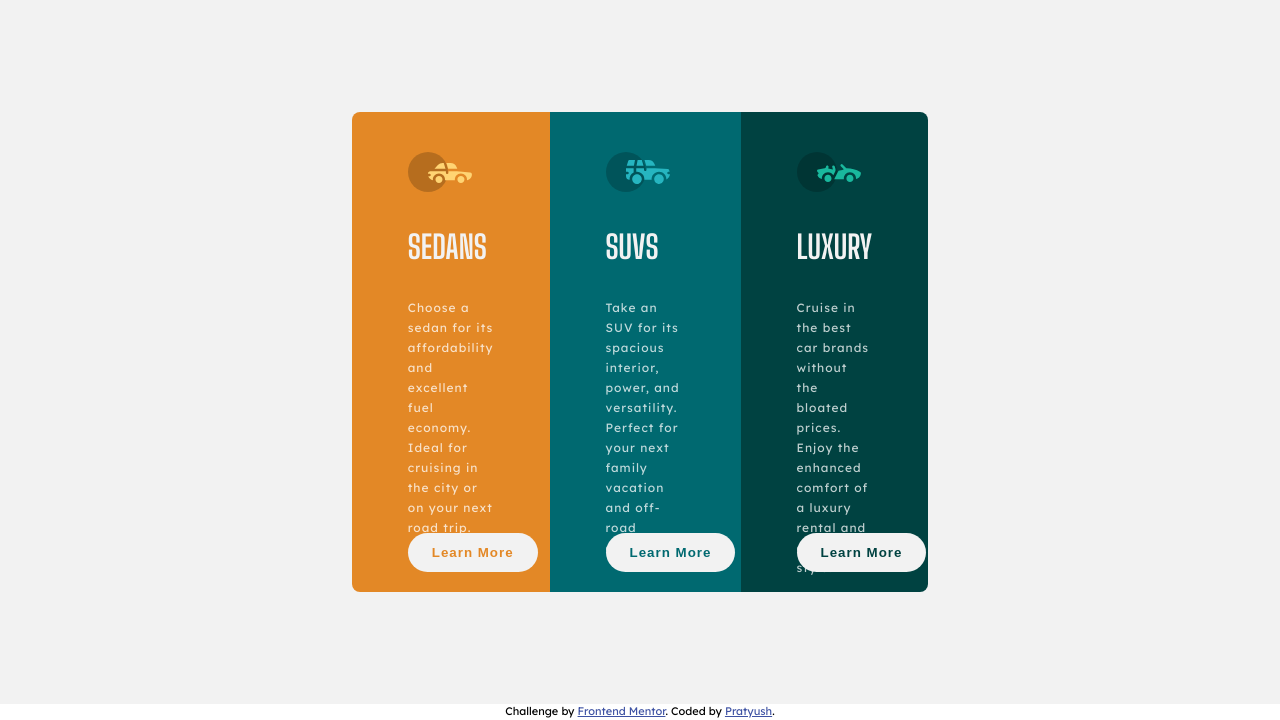
Repository: PratypartyY2K/frontendmentor-challenges
Page: 3-column-card/index.html
These files come from the project's save history. The page is drawn as it stood at one moment and after the next save; the edit follows.
The browser window is 1280 px wide. The pictures show the whole page.

Above is the page before, as saved 2021-07-14 13:09:09.

After the next save:
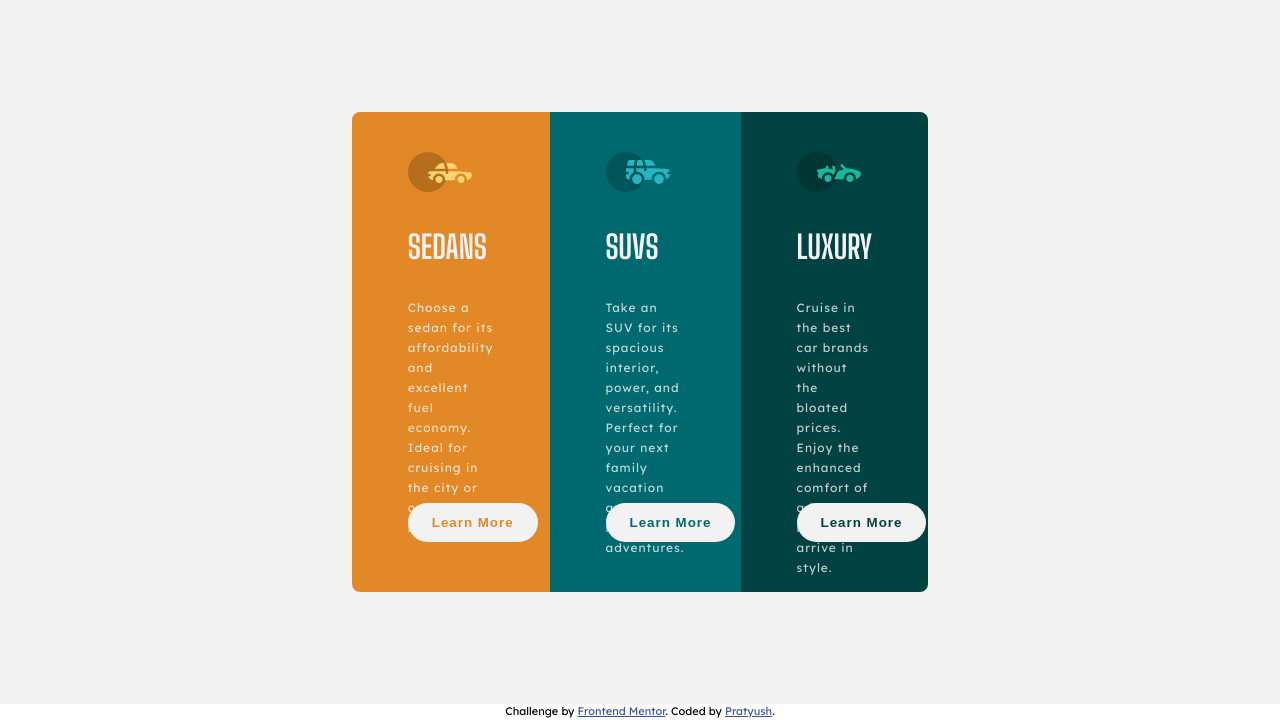
Saved 4 s later.
--- a/3-column-card/style.css
+++ b/3-column-card/style.css
@@ -68,7 +68,7 @@ button {
     outline-style: none;
     letter-spacing: 1px;
     font-weight: 700;
-    bottom: 20px;
+    bottom: 50px
 }
 
 .btn-1 {
